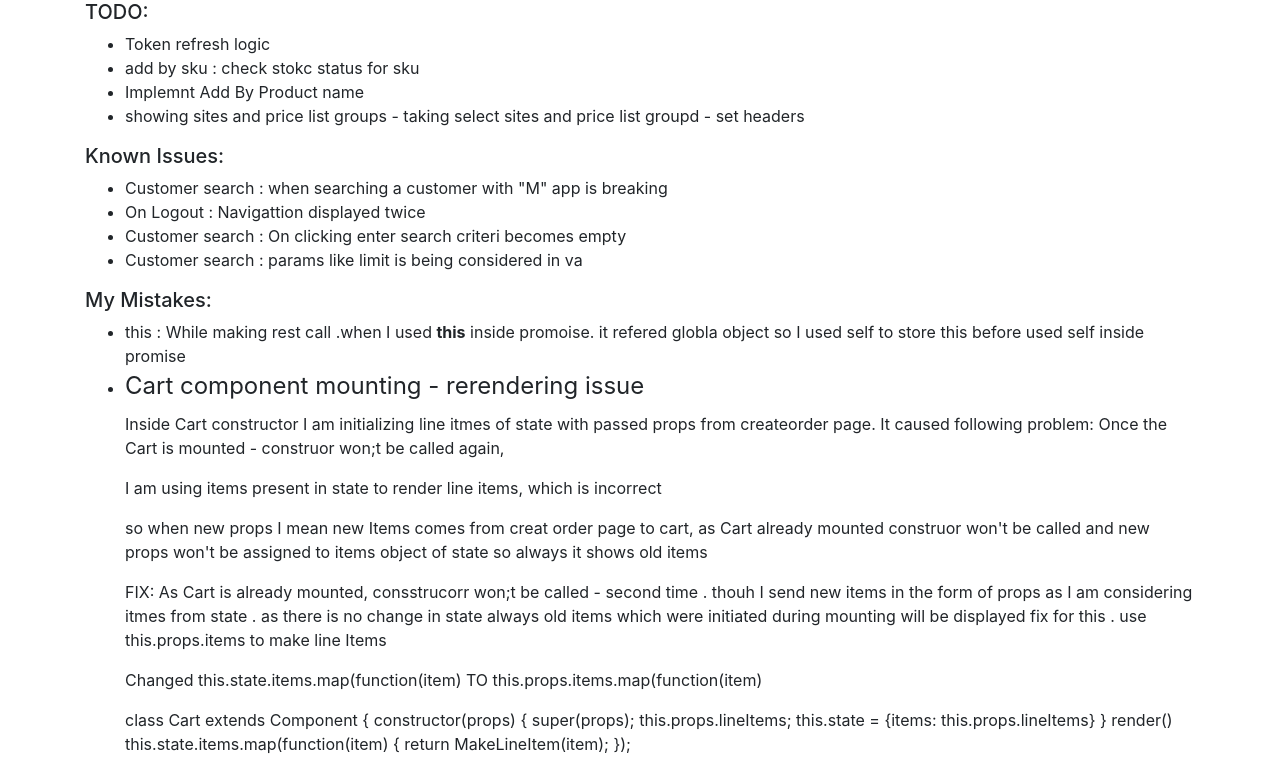
Repository: testtiger/reactagent
Page: /todo
An editor plug-in stored every save of this project. The page is shown before and after a run of saves, followed by the edit.
The browser window is 1280 px wide. The pictures show the whole page.
The project was rebuilt for these pictures with package versions that can differ from the ones it lists, and the page was loaded fresh each time. Also part of the build but not shown: src/components/Agent/Rest/agent-rest-client.js, src/components/Agent/Dashboard/quicklinks.jsx, src/components/Agent/Dashboard/announcements.jsx, src/components/Agent/Dashboard/recentorders.jsx, src/components/Agent/Dashboard/pendingactions.jsx, src/components/Agent/Dashboard/DashboardPage.jsx, src/components/Agent/Shared/Navigation.jsx, src/components/Agent/Login/loginpage.jsx and 12 more.

Above is the page before, as saved 2018-12-15 16:54:39.

After the next 3 saves:
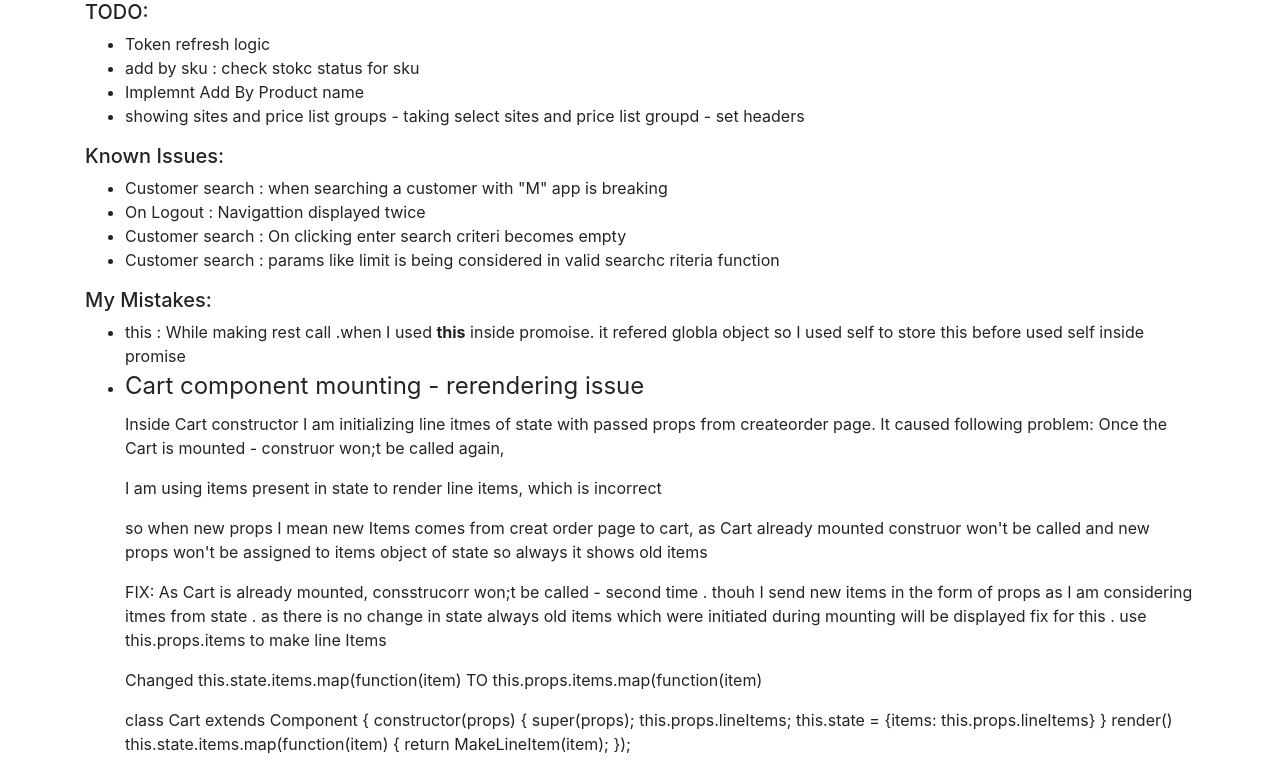
The 3 saves are shown as one change because they came seconds apart.
The last was saved 9 s later.
--- a/src/components/Agent/BugsTODO/TODO.jsx
+++ b/src/components/Agent/BugsTODO/TODO.jsx
@@ -25,7 +25,8 @@ export default class TODO extends Component {
             Customer search : On clicking enter search criteri becomes empty
           </li>
           <li>
-            Customer search : params like limit is being considered in va
+            Customer search : params like limit is being considered in valid
+            searchc riteria function
           </li>
         </ul>
         <h5>My Mistakes:</h5>
